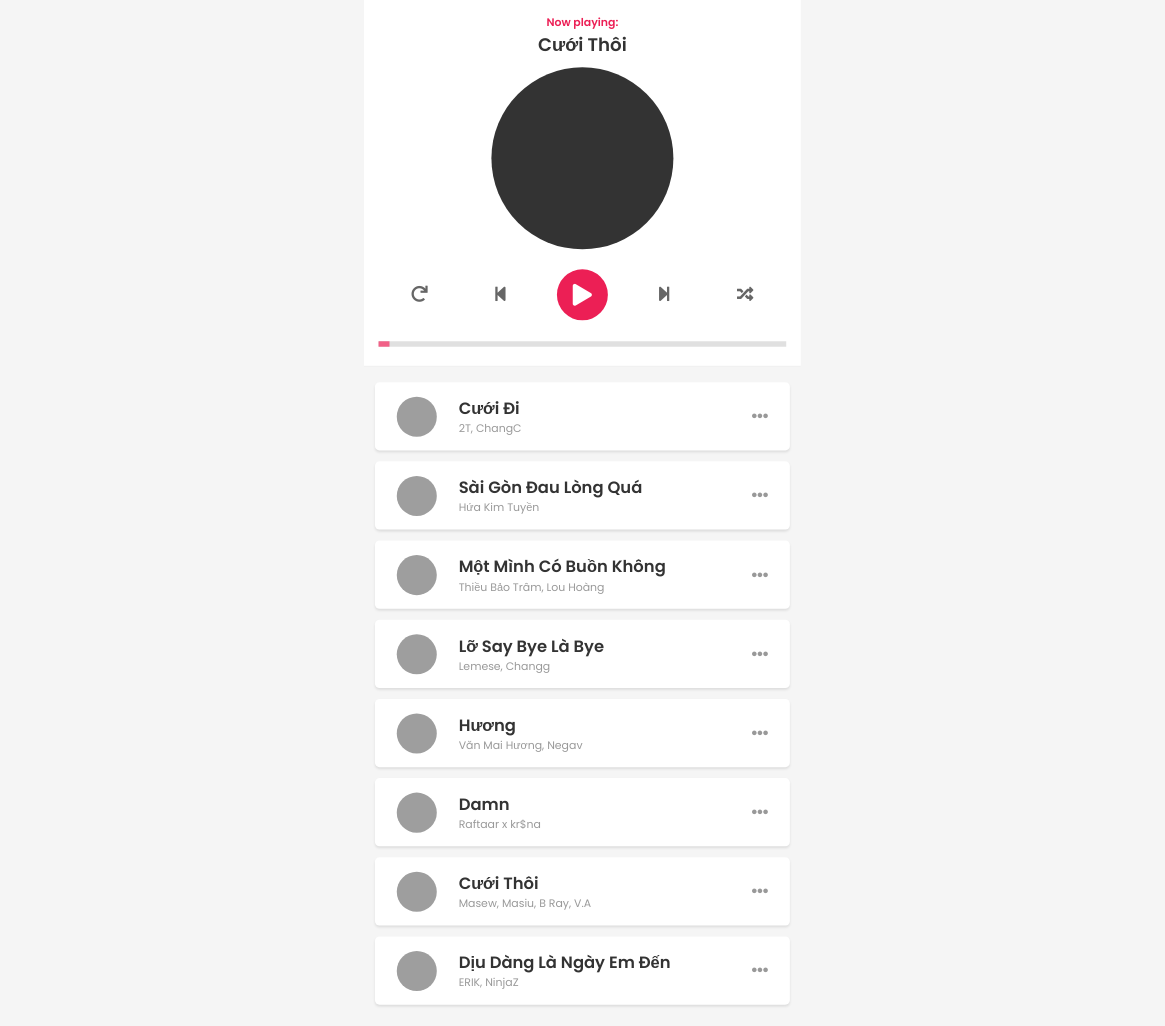
Repository: esplen74/Music
Page: music.html
An editor plug-in stored every save of this project. The page is shown before and after a run of saves, followed by the edit.
The browser window is 1280 px wide. The pictures show the whole page, at 91% of full size.
Pictures or frames that could not be fetched are drawn as grey boxes.

Above is the page before, as saved 2021-11-09 10:32:44.

After the next 3 saves:
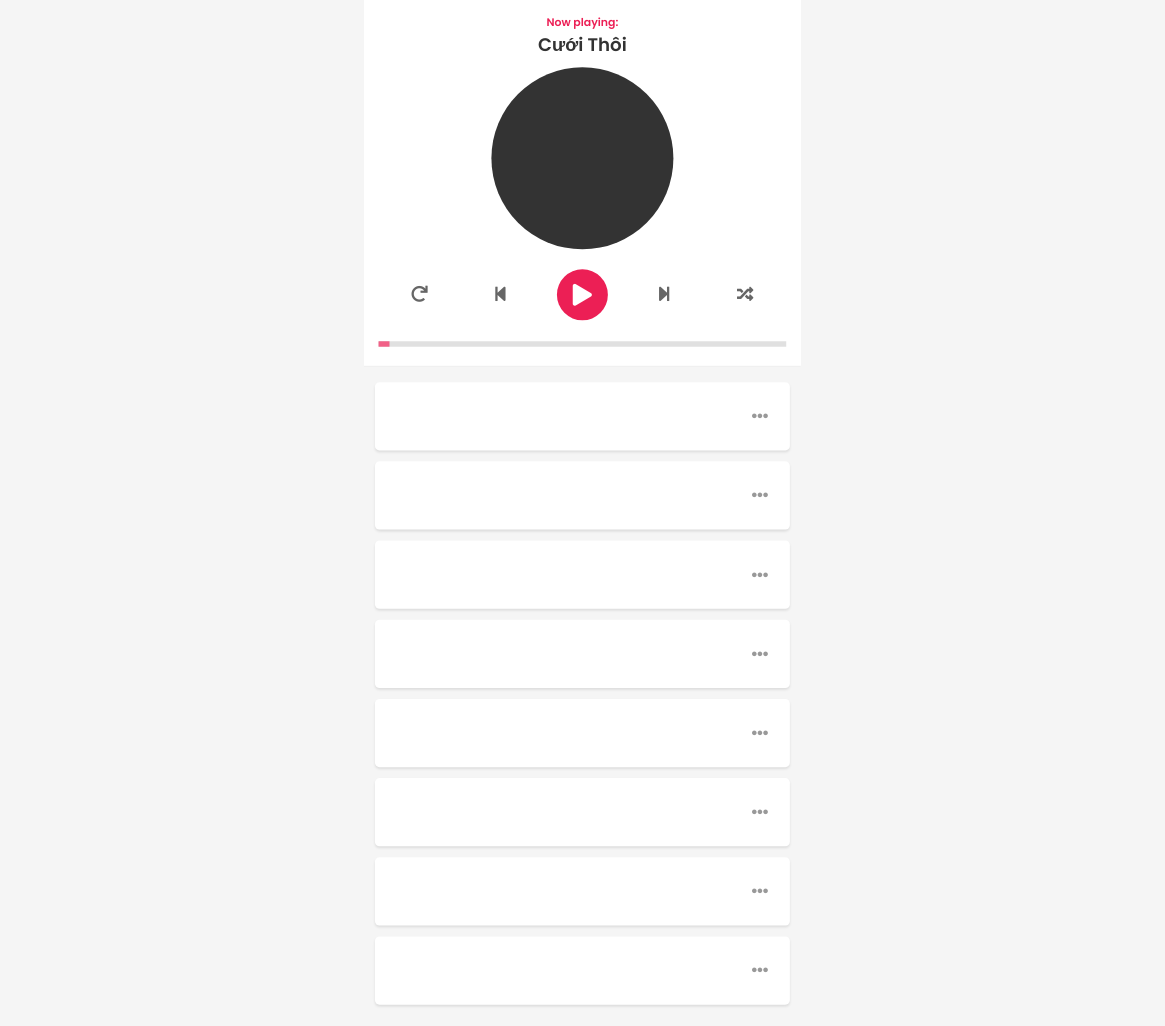
The 3 saves are shown as one change because they came seconds apart.
The last was saved 69 s later.
--- a/music.js
+++ b/music.js
@@ -91,11 +91,11 @@ const app = {
       return `
       <div class="song">
           <div class="thumb"
-              style="background-image:url('${song.image}')">
+              style="">
           </div>
           <div class="body">
-              <h3 class="title">${song.name}</h3>
-              <p class="author">${song.singer}</p>
+              <h3 class="title"></h3>
+              <p class="author"></p>
           </div>
           <div class="option">
               <i class="fas fa-ellipsis-h"></i>
